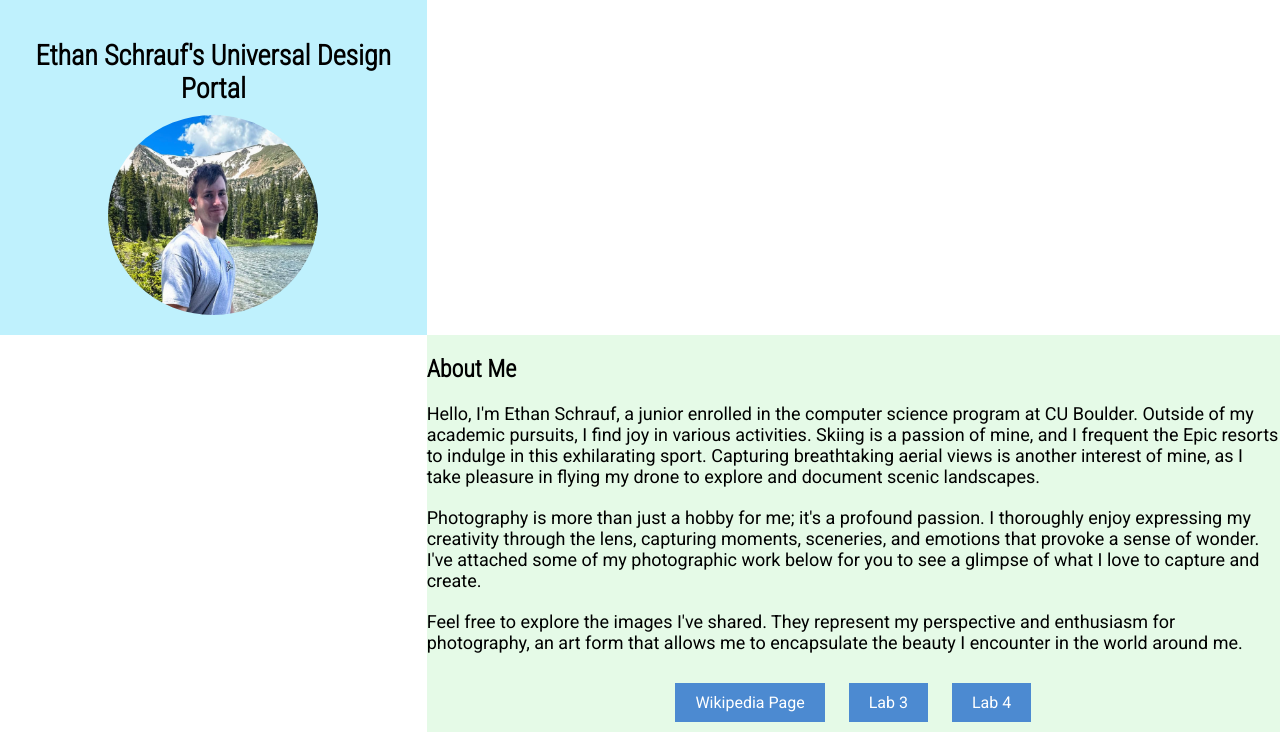
Repository: ethan-schrauf/UniversalDesignWebsite
Page: index.html
These files come from the project's save history. The page is drawn as it stood at one moment and after the next save; the edit follows.
The browser window is 1280 px wide. The pictures show the whole page.

Above is the page before, as saved 2023-10-30 22:33:16.

### index.html
<!DOCTYPE html>
<html lang="en">
<head>
    <meta charset="UTF-8">
    <meta name="viewport" content="width=device-width, initial-scale=1.0">
    <title>Universal Design Portal</title>
    <link href="index.css" rel="stylesheet">
</head>
<body>
    <div class = "container">
    <header>
        <h1>Ethan Schrauf's Universal Design Portal</h1>
        <img src="images/IMG_258630A4E789-1.jpeg" alt="Picture of Ethan Schrauf on a hike.">
    </header>
    <main>

    <section>
        <h2>About Me</h2>
        <p>Hello, I'm Ethan Schrauf, a junior enrolled in the computer science program at CU Boulder. Outside of my academic pursuits, I find joy in various activities. Skiing is a passion of mine, and I frequent the Epic resorts to indulge in this exhilarating sport. Capturing breathtaking aerial views is another interest of mine, as I take pleasure in flying my drone to explore and document scenic landscapes. </p>
        <p>Photography is more than just a hobby for me; it's a profound passion. I thoroughly enjoy expressing my creativity through the lens, capturing moments, sceneries, and emotions that provoke a sense of wonder. I've attached some of my photographic work below for you to see a glimpse of what I love to capture and create.</p>
        <p>Feel free to explore the images I've shared. They represent my perspective and enthusiasm for photography, an art form that allows me to encapsulate the beauty I encounter in the world around me.</p>
    </section>
    <div class="button-container">
        <form style = "display: inline;" action="https://ethan-schrauf.github.io/UniversalDesignWebsite/wikipedia.html" method="get">
            <button>Wikipedia Page</button>
        </form>

        <form style = "display: inline;" action="https://ethan-schrauf.github.io/UniversalDesignWebsite/lab3.html" method="get">
            <button>Lab 3</button>
        </form>

        <form style = "display: inline;" action="https://ethan-schrauf.github.io/UniversalDesignWebsite/lab4.html" method="get">
            <button>Lab 4</button>
        </form>
    </div>
    </main>
</div>
</body>
</html>

### index.css
@import url('https://fonts.googleapis.com/css2?family=Roboto&display=swap');
@import url('https://fonts.googleapis.com/css2?family=Roboto&family=Roboto+Condensed:wght@300&display=swap');


.sr-only {
    border: 0;
    clip: rect(0, 0, 0, 0);
    height: 1px;
    margin: -1px;
    overflow: hidden;
    padding: 0;
    position: absolute;
    white-space: nowrap;
    width: 1px;

  }


header {
    text-align: center;
    background-color: rgb(191, 241, 253);
    color: #fff;
    padding: 20px 0;
}

h1 {
    font-size: 28px;
    margin-bottom: 10px;
    color: black;
}

img {
    border-radius: 50%;
    width: 210px;
    height: 200px;
    display: block;
    margin: 0 auto;
}

h2 {
    font-size: 24px;
    margin-top: 20px;
}

p {
    font-size: 18px;
    margin: 10px 0;
}

button {
    font-family: Verdana, sans-serif;
    font-size: 16px;
    background-color: rgb(76, 138, 209);
    color: #fff;
    border: none;
    padding: 10px 20px;
    margin: 10px;
    cursor: pointer;
}

p,
button {
    font-family: 'Roboto', sans-serif;
    padding-bottom: 10px;
}

.button-container {
    text-align: center;
}

h2,
h1 {
    font-family: 'Roboto Condensed', sans-serif;
}

.container {
    margin: 0 auto;
    max-width: 960px;
}

body {
    align-items: center;
    height: 100vh;
    margin: 0;
}

.container {
    max-width: 1500px;
    margin: 0 auto;
    /* background: rgb(243, 251, 209); */
    display: grid;
    width: 100vw;
    height: 100vh;
    grid-template-columns:
     1fr       2fr;
    grid-template-areas:
    "heady     heady"
    "navvy     navvy"
    "Park-Rules    mainy"
    "Colorado-Wildlife    mainy"
    "footy     footy";

  }

  main {grid-area: mainy; background: rgb(229, 250, 231); max-height: 100%;}

After the next save:
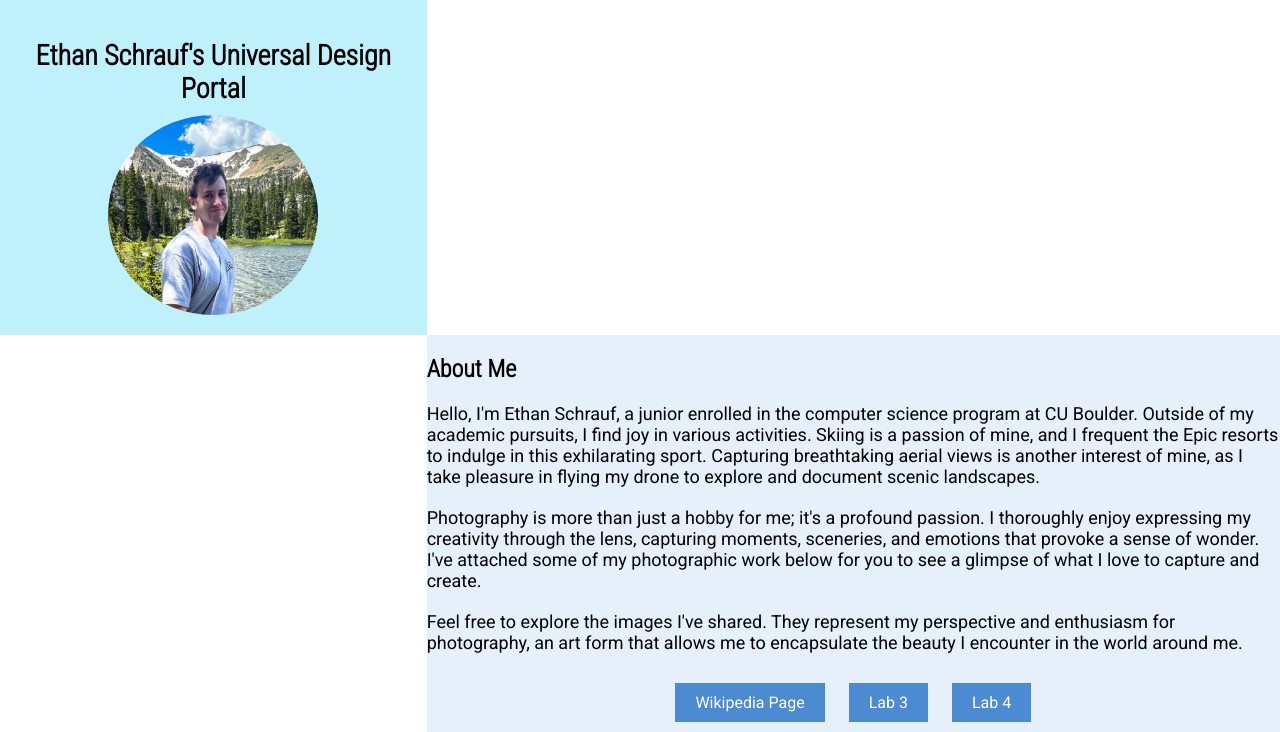
Saved 7 s later.
--- a/index.css
+++ b/index.css
@@ -102,4 +102,4 @@ body {
 
   }
 
-  main {grid-area: mainy; background: rgb(229, 250, 231); max-height: 100%;}
+  main {grid-area: mainy; background: rgb(229, 240, 250); max-height: 100%;}
